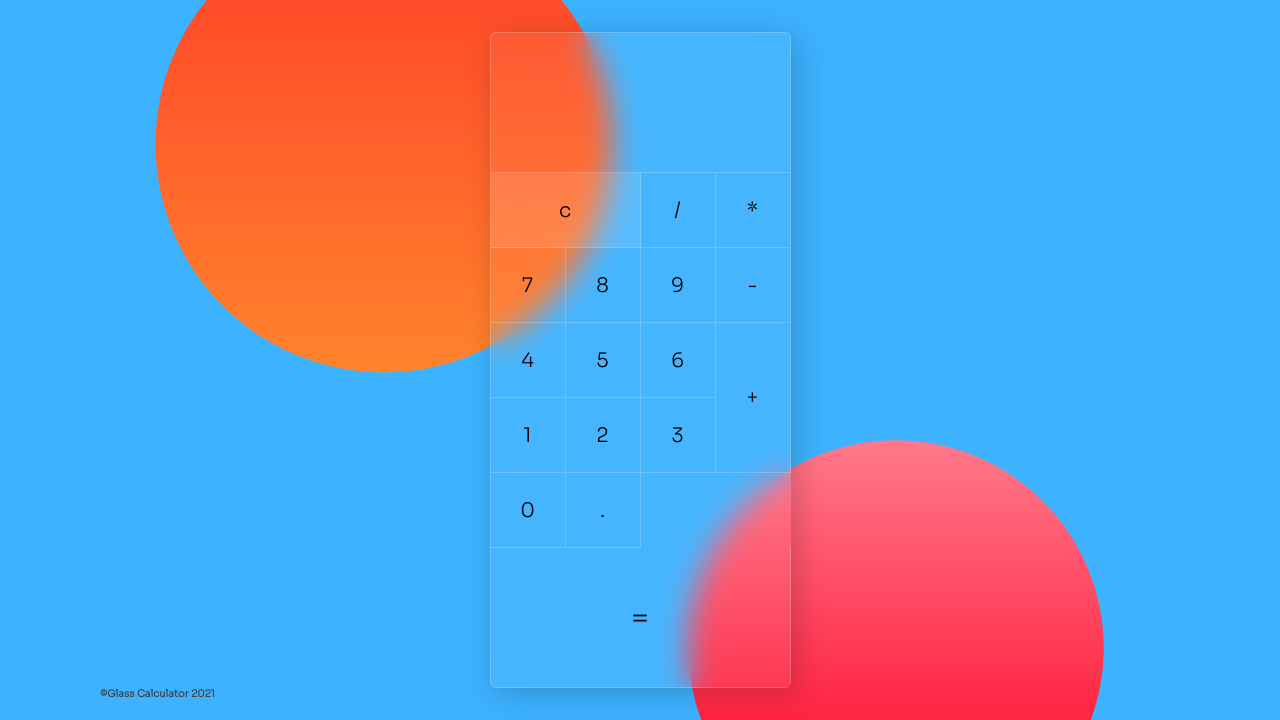
Repository: tharunkumaar404/Glass-Calci
Page: index.html
The author's editor kept a copy of each file at every save. The page is drawn from the files as they stood at one save, then again after the next save.
The browser window is 1280 px wide. The pictures show the whole page.

Above is the page before, as saved 2021-08-26 15:33:04.

After the next save:
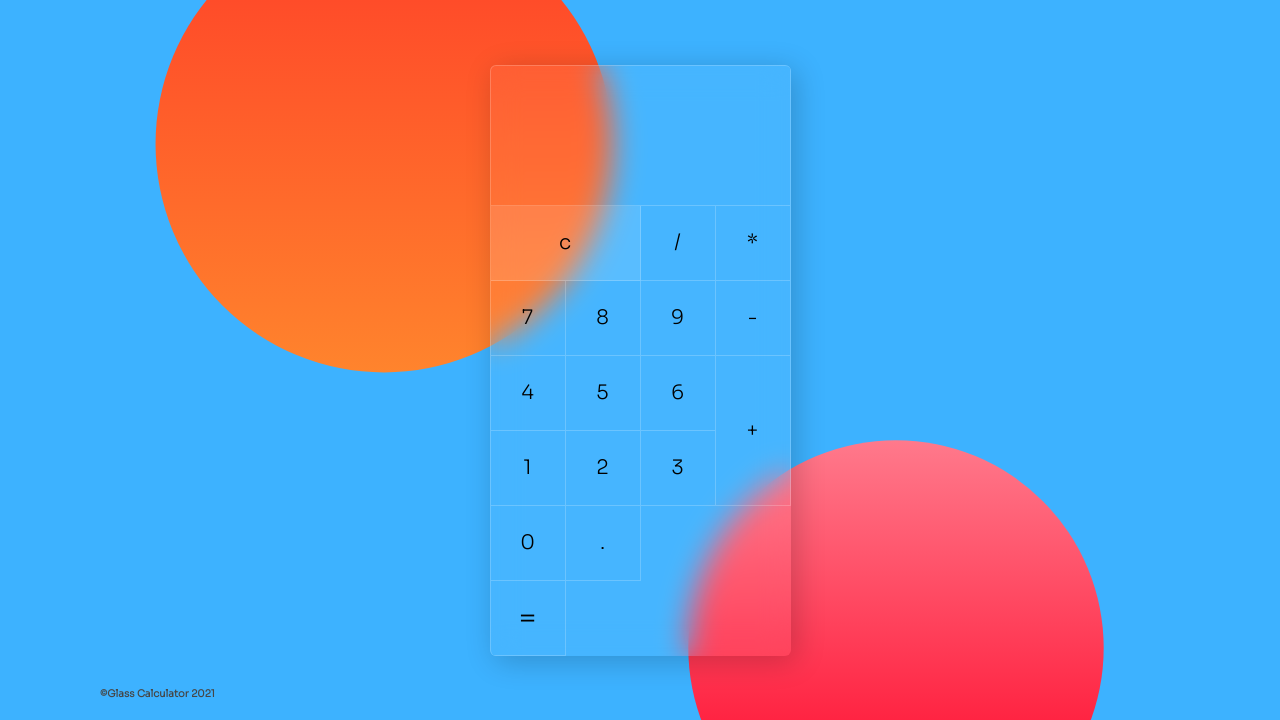
Saved 13 s later.
--- a/styles.css
+++ b/styles.css
@@ -74,8 +74,8 @@ body::after{
 }
 .container .calculator .equal{
     grid-column: span 4;
-    height: 140px;
-    width:300px;
+    height: 75x;
+    width:75x;
     text-align:right;
     border:none;
     outline:none;
